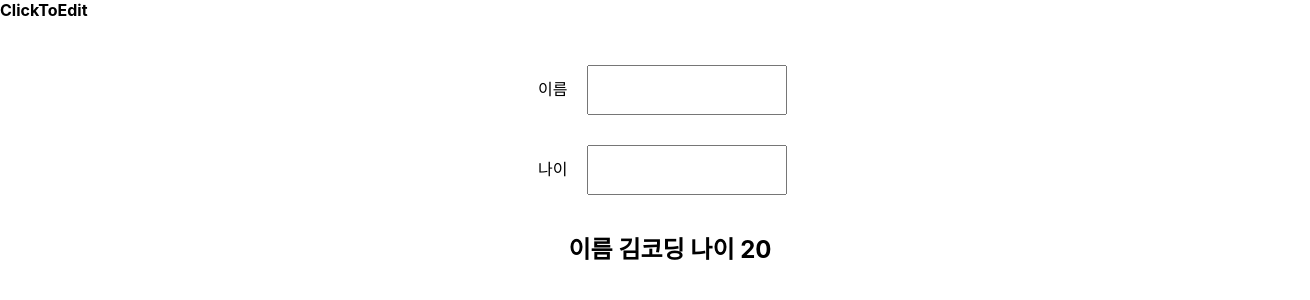
Repository: janghwahyun/wanted_pre_onboarding
Page: /ClickToEdit
An editor plug-in stored every save of this project. The page is shown before and after the next save, followed by the edit.
The browser window is 1280 px wide. The page is 1310 px wide, so the pictures cover 1310 px, including what lies to the right of the window. The pictures show the whole page.
The project was rebuilt for these pictures with package versions that can differ from the ones it lists, and the page was loaded fresh each time. Also part of the build but not shown: src/component/Modal.js, src/component/Tab.js, src/component/Tag.js, src/component/Toggle.js.

Above is the page before, as saved 2022-02-11 14:32:56.

### src/App.js
import ClickToEdit from './component/ClickToEdit';
import Modal from './component/Modal';
import Tab from './component/Tab';
import Tag from './component/Tag';
import Toggle from './component/Toggle';

import './App.css';
import { BrowserRouter, Routes, Route } from 'react-router-dom';

function App() {
  return (
    <BrowserRouter>
      <Routes>
        <Route path="/" element={<App />} />
        <Route path="/ClickToEdit" element={<ClickToEdit />} />
        <Route path="/Modal" element={<Modal />} />
        <Route path="/Tab" element={<Tab />} />
        <Route path="/Tag" element={<Tag />} />
        <Route path="/Toggle" element={<Toggle />} />
      </Routes>
    </BrowserRouter>
  );
}

export default App;

### src/component/ClickToEdit.js
import React, { useState } from 'react';
import styled from 'styled-components';

const ClickToEdit = () => {
  const [name, setName] = useState('김코딩');
  const [age, setAge] = useState('20');

  return (
    <>
      <strong>ClickToEdit</strong>
      <Form>
        <div>
          이름 <Input onChange={e => setName(e.target.value)}></Input>
        </div>
        <div>
          나이 <Input onChange={e => setAge(e.target.value)}></Input>
        </div>
        <h2>
          이름 {name} 나이 {age}
        </h2>
      </Form>
    </>
  );
};
const Form = styled.div`
  width: 100%;
  display: flex;
  justify-content: center;
  align-items: center;
  flex-direction: column;
  margin: 30px;
`;

const Input = styled.input`
  width: 200px;
  height: 50px;
  margin: 15px;
`;

export default ClickToEdit;

### src/App.css
* {
  box-sizing: border-box;
}

.App {
  width: 100%;
  height: 100vh;
  display: flex;
  justify-content: center;
  align-items: center;
}

Loaded but not shown: public/index.html (common file); src/index.js (common file); src/index.css (common file); src/reportWebVitals.js (common file)

After the next save:
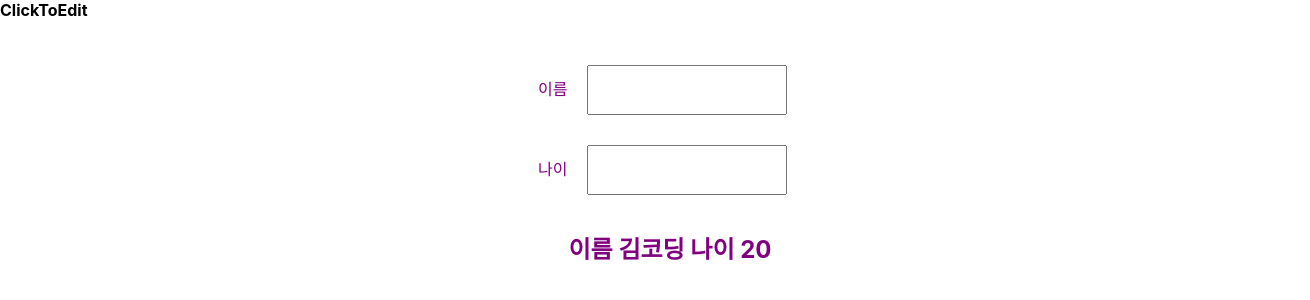
Saved 30 s later.
--- a/src/component/ClickToEdit.js
+++ b/src/component/ClickToEdit.js
@@ -29,6 +29,7 @@ const Form = styled.div`
   align-items: center;
   flex-direction: column;
   margin: 30px;
+  color: purple;
 `;
 
 const Input = styled.input`
